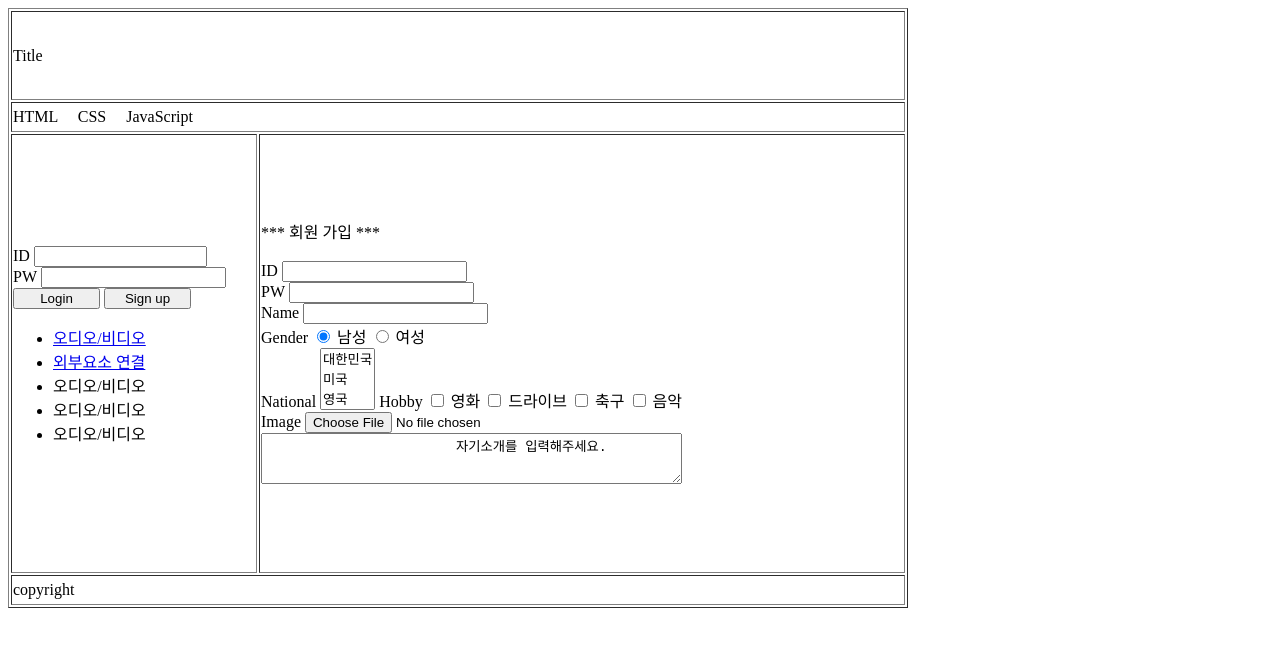
Repository: Hwangjiwon/MultiCampus
Page: http://localhost/2Study/jsp/member_insert.jsp
An editor plug-in stored every save of this project. The page is shown before and after the next save, followed by the edit.
The browser window is 1280 px wide. The pictures show the whole page.
The page is served by Tomcat 9. Other server files are loaded and not shown.

Above is the page before, as saved 2019-05-31 02:28:08.

### 2Study/WebContent/jsp/member_insert.jsp
<%@ page language="java" contentType="text/html; charset=UTF-8"
	pageEncoding="UTF-8"%>

<jsp:include page="header.jsp"></jsp:include>
<jsp:include page="side.jsp"></jsp:include>
<td>

	*** 회원 가입 *** <br> <br>

	<form action = "/2Study/Main?sign=member_insert" method="get">
		ID <input type = "text" name = "id" > <br>
		PW <input type = "text" name = "pw" > <br>
		Name <input type = "text" name = "name"> <br>
		Gender <input type = "radio" name = gender" value = "male" checked /> 남성
			<input type = "radio" name = gender" value = "female" /> 여성 <br>
		National <select name ="country" size="3">
					<option value = "Korea"> 대한민국 </option>
					<option value = "USA"> 미국 </option>
					<option value = "UK"> 영국 </option>
					<option value = "Japan"> 일본 </option>
					<option value = "China"> 중국 </option>
				</select>
		Hobby <input type ="checkbox" name = "hobby" value = "movie" /> 영화
			<input type ="checkbox" name = "hobby" value = "drive" /> 드라이브
			<input type ="checkbox" name = "hobby" value = "soccer" /> 축구
			<input type ="checkbox" name = "hobby" value = "music" /> 음악 <br>
		Image <input type = "file" name = "filename" > <br>
		<textarea rows = "3" cols ="50" name ="memo">
			자기소개를 입력해주세요.
		</textarea>

	</form>
</td>
</tr>

<jsp:include page="copyright.jsp"></jsp:include>

### 2Study/WebContent/jsp/header.jsp
<%@ page language="java" contentType="text/html; charset=UTF-8"
	pageEncoding="UTF-8"%>
<!DOCTYPE html>
<html>
<head>
<meta charset="UTF-8">
<title>HOME</title>
</head>
<body>
	<table border="1" width="900" height="600">
		<tr height="15%">
			<td colspan="2">Title</td>
		</tr>
		<tr height="5%">
			<td colspan="2">HTML &nbsp;&nbsp;&nbsp; CSS &nbsp;&nbsp;&nbsp;
				JavaScript</td>
		</tr>

### 2Study/WebContent/jsp/side.jsp
<%@ page language="java" contentType="text/html; charset=UTF-8"
	pageEncoding="UTF-8"%>
<tr>
	<td width="20%">
		<!-- Java code가 들어갈 수 있는 부분 -->
		<%
			String username = (String)session.getAttribute("username");
			if(username != null) { //login_ok
		%>

			${username}님, 환영합니다.

		<form action="/2Study/Main?sign=logout" method="post">
			<input type="submit" value="Logout">
		</form>

		<%
			} else {
		%>
			<!-- 절대경로화 해서 서블릿으로 요청 보내기 -->
			<form style="width: 242px;" method="post" action="/2Study/Main?sign=login">
				ID <input name="id" style="width: 165px;"><br>
				PW <input name="pw" type="password"><br>
					<input type="submit" value="Login" style="width: 87px;">
					<a href = "/2Study/jsp/member_insert.jsp">
						<input type="button" value="Sign up" style="width: 87px;">
					</a>
			</form>

		<%
			}
		%>

		<ul>
			<!-- Context명부터 써줘서 절대경로화! /프로젝트명/... -->
			<li><a href="/2Study/jsp/audio_video.jsp">오디오/비디오</a></li>
			<li><a href="/2Study/jsp/iframe.jsp">외부요소 연결</a></li>
			<li>오디오/비디오</li>
			<li>오디오/비디오</li>
			<li>오디오/비디오</li>
		</ul>
	</td>

### 2Study/WebContent/jsp/copyright.jsp
<%@ page language="java" contentType="text/html; charset=UTF-8"
	pageEncoding="UTF-8"%>

<tr height="5%">
	<td colspan="2">copyright</td>
</tr>
</table>

</body>
</html>

After the next save:
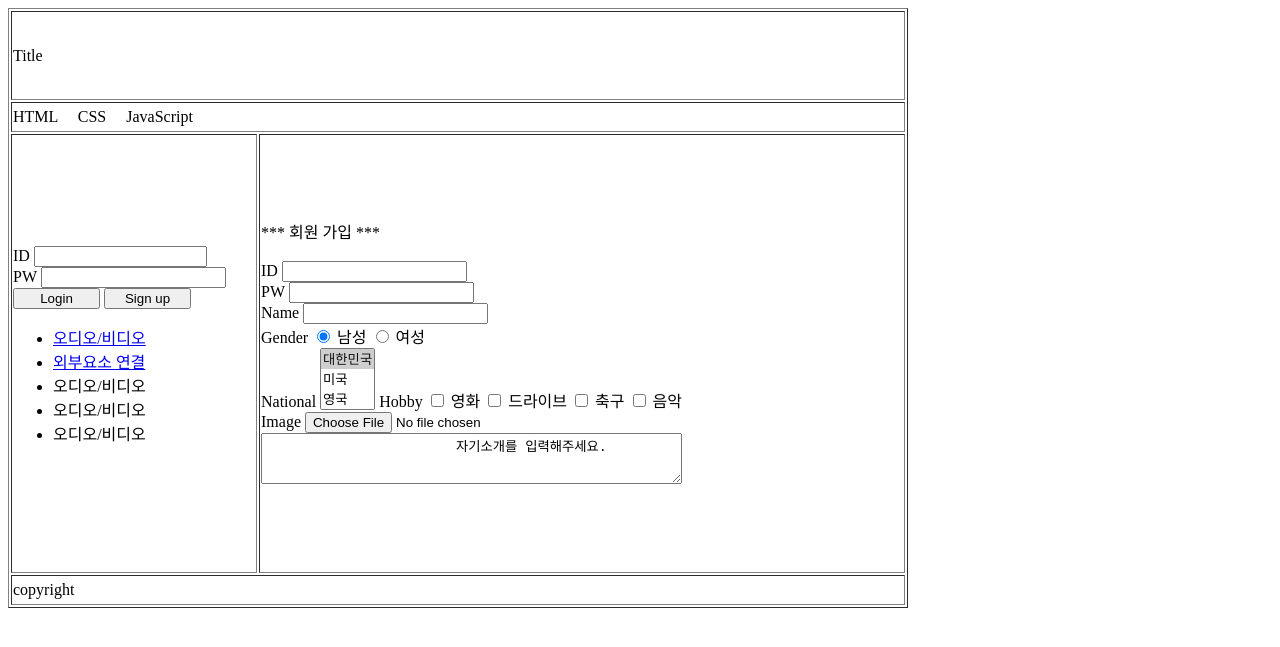
Saved 17 s later.
--- a/2Study/WebContent/jsp/member_insert.jsp
+++ b/2Study/WebContent/jsp/member_insert.jsp
@@ -14,7 +14,7 @@
 		Gender <input type = "radio" name = gender" value = "male" checked /> 남성
 			<input type = "radio" name = gender" value = "female" /> 여성 <br>
 		National <select name ="country" size="3">
-					<option value = "Korea"> 대한민국 </option>
+					<option value = "Korea" selected> 대한민국 </option>
 					<option value = "USA"> 미국 </option>
 					<option value = "UK"> 영국 </option>
 					<option value = "Japan"> 일본 </option>
